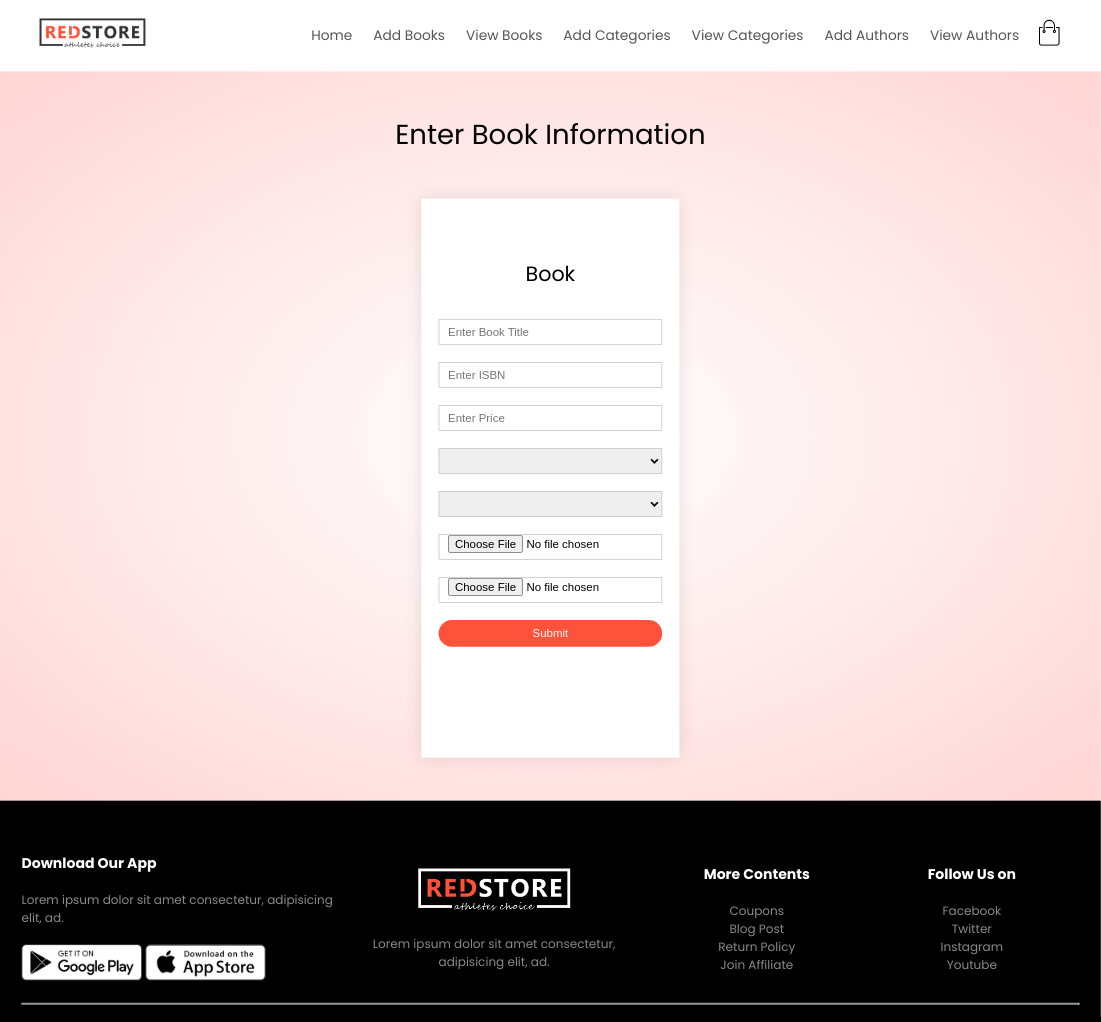
Repository: Uncaught-TypeError/Book-Store-System
Page: http://localhost/book
An editor plug-in stored every save of this project. The page is shown before and after the next save, followed by the edit.
The browser window is 1280 px wide. The pictures show the whole page, at 86% of full size.
Some web libraries are served in a nearby version. The page is this project's Thymeleaf template; nobody is signed in. The template is opened directly, without the code that normally fills it, so the values that code supplies are empty.

Above is the page before, as saved 2022-12-30 11:18:20.

### Thymeleaf_Projects_Book_Store/src/main/resources/templates/book.html
<!DOCTYPE html>
<html lang="en" xmlns:th="http://www.thymeleaf.org">
<head>
    <meta charset="UTF-8">
    <meta http-equiv="X-UA-Compatible" content="IE=edge">
    <meta name="viewport" content="width=device-width, initial-scale=1.0">
    <link rel="preconnect" href="https://fonts.googleapis.com">
    <link rel="preconnect" href="https://fonts.gstatic.com" crossorigin>
    <link href="https://fonts.googleapis.com/css2?family=Poppins:wght@300;400;500;600;700&display=swap" rel="stylesheet">
    <script src="https://kit.fontawesome.com/a96c5020c6.js" crossorigin="anonymous"></script>
    <link rel="stylesheet" href="../style.css">
    <title>Book Page</title>
</head>
<body>
    <div class="container">
        <div class="navbar">
            <div class="logo">
                <a href=""><img src="../images/logo.png" width="125px"></a>
            </div>
            <nav>
                <ul id="MenuItems">
                    <li><a th:href="@{/homepage}">Home</a></li>
                    <li><a th:href="@{/bookform}">Add Books</a></li>
                    <li><a th:href="@{/books}">View Books</a></li>
                    <li><a th:href="@{/categoryform}">Add Categories</a></li>
                    <li><a th:href="@{/categorytable}">View Categories</a></li>
                    <li><a th:href="@{/authorsform}">Add Authors</a></li>
                    <li><a th:href="@{/authortable}">View Authors</a></li>
                </ul>
            </nav>
            <a href=""><img src="../images/cart.png" width="30px" height="30px"></a>
            <img src="../images/menu.png" class="menu-icon" onclick="menutoggle()">
        </div>
    </div>

    <!-- feature products -->

    <div class="small-container2">
        <div class="row">
            <h1>Enter Book Information</h1>
        </div>
        <div class="row">
            <div class="form-container3">
                <h2>Book</h2>
                <form th:action="@{/booksave}" method="post" th:object="${book}" enctype="multipart/form-data">
                    <input type="text" placeholder="Enter Book Title" th:field="*{title}">
                    <input type="text" placeholder="Enter ISBN" th:field="*{isbn}">
                    <input type="number" placeholder="Enter Price" th:field="*{price}">
                    <select class="select-form" th:field="*{author}">
                        <th:block th:each="author: ${authors}">
                            <option th:text="${author.name}" th:value="${author.id}"></option>
                        </th:block>
                    </select>
                    <select class="select-form" th:field="*{category}">
                        <th:block th:each="category: ${categories}">
                            <option th:text="${category.name}" th:value="${category.id}"></option>
                        </th:block>
                    </select>
                    <input type="file" class="form-control" id="exampleInputAuthor1" placeholder="Choose Cover" name="picture">
                    <input type="file" class="form-control" placeholder="Choose Cover" name="pdf">
                    <button type="submit" class="btn">Submit</button>
                </form>
            </div>
        </div>
    </div>

    <div class="footer">
        <div class="container">
            <div class="row">
                <div class="footer-col-1">
                    <h3>Download Our App</h3>
                    <p>Lorem ipsum dolor sit amet consectetur, adipisicing elit, ad.</p>
                    <div class="app-logo">
                        <img src="images/play-store.png">
                        <img src="images/app-store.png">
                    </div>
                </div>
                <div class="footer-col-2">
                    <img src="images/logo-white.png">
                    <p>Lorem ipsum dolor sit amet consectetur, adipisicing elit, ad.</p>
                </div>
                <div class="footer-col-3">
                    <h3>More Contents</h3>
                    <ul>
                        <li>Coupons</li>
                        <li>Blog Post</li>
                        <li>Return Policy</li>
                        <li>Join Affiliate</li>
                    </ul>
                </div>
                <div class="footer-col-4">
                    <h3>Follow Us on</h3>
                    <ul>
                        <li>Facebook</li>
                        <li>Twitter</li>
                        <li>Instagram</li>
                        <li>Youtube</li>
                    </ul>
                </div>
            </div>
            <hr>
        </div>
    </div>

    <!-- JavaScript -->
    <script>
        var MenuItems = document.getElementById("MenuItems");
        MenuItems.style.maxHeight = "0px";

        function menutoggle(){
            if(MenuItems.style.maxHeight == "0px"){
                MenuItems.style.maxHeight = "300px";
            }
            else{
                MenuItems.style.maxHeight = "0px";
            }
        }

    </script>

</body>
</html>

### Thymeleaf_Projects_Book_Store/src/main/resources/static/style.css
*{
    margin: 0;
    padding: 0;
    box-sizing: border-box;
}

body{
    font-family: 'Poppins', sans-serif;
}

/* homepage */

.navbar{
    display: flex;
    align-items: center;
    padding: 20px;
}

nav{
    flex: 1;
    text-align: right;

    cursor: pointer;
}

nav ul{
    display: inline-block;
    list-style-type: none;
}

nav ul li{
    display: inline;
    margin-right: 20px;
}

.dropdown1{
    float: left;
    overflow: hidden;
}

.dropdown-content1{
    display: none;
    position: absolute;
    background-color: #fde9e9;
    min-width: 160px;
    box-shadow: 0px 8px 16px 0px rgba(0,0,0,0.2);
    z-index: 1;
}

.dropdown-content1 a{
    float: none;
    color: #555;
    padding: 12px 16px;
    margin: 10px;
    text-decoration: none;
    display: block;
    text-align: left;
}

.dropdown-content1 a:hover {
    background-color: rgb(248, 222, 222);
}

.dropdown1:hover .dropdown-content1 {
    display: block;
}

a{
    text-decoration: none;
    color: #555;
}

p{
    color: #555;
}

.container{
    max-width: 1300px;
    margin: auto;
    padding-left: 25px;
    padding-right: 25px;
}

.row{
    display: flex;
    align-items: center;
    flex-wrap: wrap;
    justify-content: space-around;
}

.col-2{
    flex-basis: 50%;
    min-width: 300px;
}

.col-2 img{
    max-width: 100%;
    padding: 50px 0;
}

.col-2 h1{
    font-size: 50px;
    line-height: 60px;
    margin: 25px 0;
}

.btn{
    display: inline-block;
    background: #ff523b;
    color: #fff;
    padding: 8px 30px;
    margin: 30px 0;
    border-radius: 30px;
    transition: background 0.5s;
}

.btn:hover{
    background: #563434;
}

.header{
    background: radial-gradient(#fff, #ffd6d6);
}

.header .row{
    margin-top: 70px;
}

.categories{
    margin: 70px 0;
}

.col-3{
    flex-basis: 30%;
    min-width: 250px;
    margin-bottom: 30px;
}

.col-3 img{
    width: 100%;
}

.small-container{
    max-width: 1080px;
    margin: auto;
    padding-left: 25px;
    padding-right: 25px;
}

.col-4{
    flex-basis: 25%;
    padding: 10px;
    min-width: 200px;
    margin-bottom: 50px;
    transition: transform 0.5s;
}

.col-4 img{
    width: 100%;
}

.title{
    text-align: center;
    margin: 0 auto 80px;
    position: relative;
    line-height: 60px;
    color: #555;
}

.title::after{
    content: "";
    background: #ff523b;
    width: 80px;
    height: 5px;
    border-radius: 5px;
    position: absolute;
    bottom: 0;
    left: 50%;
    transform: translateX(-50%);
}

h4{
    color: #555;
    font-weight: normal;
}

.col-4 p{
    font-size: 14px;
}

.rating .fa-star{
    color: #ff523b;
}

.col-4:hover{
    transform: translateY(-5px);
}

.offer{
    background: radial-gradient(#fff, #ffd6d6);
    margin-top: 80px;
    padding: 30px 0;
}

.col-2 .offer-img{
    padding: 50px;
}

small{
    color: #555;
}

.testimonial{
    padding-top: 100px;
}

.testimonial .col-3{
    text-align: center;
    padding: 40px 20px;
    box-shadow: 0 0 20px 0px rgba(0, 0, 0, 0.1);
    cursor: pointer;
    transition: transform 0.5s;
}

.testimonial .col-3 img{
    width: 50px;
    margin-top: 20px;
    border-radius: 50%;
}

.testimonial .col-3:hover{
    transform: translateY(-10px);
}

.fa-quote-left{
    font-size: 34px;
    color: #ff523b;
}

.col-3 p{
    font-size: 12px;
    margin: 12px 0;
    color: #777;
}

.testimonial .col-3 h3{
    font-weight: 600;
    color: #555;
    font-size: 16px;
}

.brands{
    margin: 100px auto;
}

.col-5{
    width: 30px;
}

.col-5 img{
    width: 100%;
    cursor: pointer;
    filter: grayscale(100%);
}

.col-5 img:hover{
    filter: grayscale(0);
}

/* footer */

.footer{
    background: #000;
    color: #8a8a8a;
    font-size: 14px;
    padding: 60px 0 20px;
}

.footer p{
    color: #8a8a8a;
}

.footer h3{
    color: #fff;
    margin-bottom: 20px;
}

.footer-col-1,
.footer-col-2,
.footer-col-3,
.footer-col-4{
    min-width: 250px;
    margin-bottom: 20px;
}

.footer-col-1{
    flex-basis: 30%;
}

.footer-col-2{
    flex: 1;
    text-align: center;
}

.footer-col-2 img{
    width: 180px;
    margin-bottom: 20px;
}

.footer-col-3,
.footer-col-4{
    flex-basis: 12%;
    text-align: center;
}

ul{
    list-style: none;
}

.app-logo{
    margin-top: 20px;
}

.app-logo img{
    width: 140px;
}

.footer h2{
    border: none;
    background: #b5b5b5;
    height: 1px;
    margin: 20px 0;
}

.menu-icon{
    width: 28px;
    margin-left: 20px;
    display: none;
}

/* Product Page */

.row-2{
    justify-content: space-between;
    margin: 100px auto 50px;
}

datalist{
    border: 1px solid #ff523b;
    padding: 5px;
}

datalist:hover{
    outline: none;
}

/* .page-btn{
    margin: 0 auto 80px;
}

.page-btn span{
    display: inline-block;
    border: 1px solid #ff523b;
    margin-left: 10px;
    width: 40px;
    height: 40px;
    text-align: center;
    line-height: 40px;
    cursor: pointer;
}

.page-btn span:hover{
    background: #ff523b;
    color: #fff;
} */

/* Single Product Details */

.single-product{
    margin-top: 80px;
}

.single-product .col-2 img{
    padding: 0;
}

.single-product .col-2{
    padding: 20px;
}

.single-product h4{
    margin: 20px 0;
    font-size: 22px;
    font-weight: bold;
}
.single-product select{
    display: block;
    padding: 10px;
    margin-top: 20px;
}

.single-product input{
    width: 50px;
    height: 40px;
    padding-left: 10px;
    font-size: 20px;
    margin-right: 10px;
    border: 1px solid #ff523b;
}

input:focus{
    outline: none;
}

.single-product .fa-indent{
    color: #ff523b;
    margin-left: 10px;
}

.small-img-row{
    display: flex;
    justify-content: space-between;
}

.small-img-col{
    flex-basis: 24%;
    cursor: pointer;
}

/* Cart items */

.cart-page{
    margin: 80px auto;
}

.cart-table{
    width: 100%;
    border-collapse: collapse;
}

.cart-info{
    display: flex;
    flex-wrap: wrap;
}

.cart-table th{
    text-align: left;
    padding: 5px;
    color: #fff;
    background: #ff523b;
    font-weight: normal;
}

.cart-table td{
    padding: 10px 5px;
}

.cart-table td input{
    width: 40px;
    height: 30px;
    padding: 5px;
}

.cart-table td a{
    color: #ff523b;
    font-size: 12px;
}

.cart-table td img{
    width: 80px;
    height: 80px;
    margin-right: 10px;
}

.total-price{
    display: flex;
    justify-content: flex-end;
}

.total-price table{
    border-top: 3px solid #ff523b;
    width: 100%;
    max-width: 400px;
}

.cart-table td:last-child{
    text-align: right;
}

.cart-table th:last-child{
    text-align: right;
}


/* account-page */

.account-page{
    padding: 50px 0;
    background: radial-gradient(#fff, #ffd6d6);
}

.form-container{
    background: #fff;
    width: 300px;
    height: 400px;
    position: relative;
    text-align: center;
    padding: 20px 0;
    margin: auto;
    box-shadow: 0 0 20px 0px rgba(0, 0, 0, 0.1);
    overflow: hidden;
}

.form-container span{
    font-weight: bold;
    padding: 0 10px;
    color: #555;
    cursor: pointer;
    width: 100px;
    display: inline-block;
}

.form-container .logintitle{
    position: relative;
    text-align: center;
    padding: 20px 0;
    margin: auto;
    overflow: hidden;
    font-size:  20px;
}

.form-btn{
    display: inline-block;
}

.form-container .regform{
    max-width: 300px;
    padding: 0 20px;
    position: absolute;
    top: 90px;
    transition: transform 1s;
}

.form-container .loginform{
    max-width: 300px;
    padding: 0 20px;
    position: absolute;
    top: 90px;
    transition: transform 1s;
}

.form-container form{
    max-width: 300px;
    padding: 0 20px;
    position: absolute;
    top: 150px;
    transition: transform 1s;
}

form input{
    width: 100%;
    height: 30px;
    margin: 10px 0;
    padding: 0 10px;
    border: 1px solid #ccc;
}

.radio-form{
    display: inline-block;
    font-size: 15px;
    font-weight: normal;
}

input[type=radio] {
    border: 0px;
    width: 100%;
    height: 1.8em;
}

form .btn{
    width: 100%;
    border: none;
    cursor: pointer;
    margin: 10px 0;
}

form .btn:focus{
    outline: none;
}

#LoginForm{
    left: -300px;
}

#RegForm{
    left: 0;
}

form a{
    font-size: 12px;
}

#Indicator{
    width: 100px;
    border: none;
    background: #ff523b;
    height: 3px;
    margin-top: 8px;
    transform: translateX(100px);
    transition: transform 1s;
}

/* Author page */

.table-container2{
    width: 100%;
    position: relative;
    text-align: center;
    padding: 20px 0;
    margin-bottom: 192px;
}

.searchform{
    width: 500px;
    margin: auto;
    padding: 20px 25px;
}

.searchform input{
    width: 200px;
    height: 30px;
    margin: 10px 0;
    padding: 0 10px;
    border: 1px solid #ccc;
}

.search-btn{
    display: inline-block;
    background: #ff523b;
    color: #fff;
    padding: 5px 30px;
    margin: 0 30px;
    border-radius: 30px;
    transition: background 0.5s;
    border-style: none;
}

.search-btn:hover{
    background: #563434;
}

.author-table th{
    font-weight: normal;
    font-size: 1.2em;
}
.author-table{
    font-weight: normal;
    width: 90%;
    margin: auto;
    table-layout: fixed;
}

.author-table td{
	word-wrap:break-word;

}

.author-table a{
    cursor: pointer;
}

.btn-text{
    color: white;
}

.small-container2{
    max-width: 100%;
    margin: auto;
    padding-left: 25px;
    padding-right: 25px;
    background: radial-gradient(#fff, #ffd6d6);
}

.small-container2 .row h1{
    padding: 50px;
    font-weight: normal;
}

.form-container2 h2{
    font-weight: normal;
    padding-top: 50px;
}

.form-container2{
    background: #fff;
    width: 300px;
    height: 500px;
    position: relative;
    text-align: center;
    padding: 20px 0;
    margin-bottom: 50px;
    box-shadow: 0 0 20px 0px rgba(0, 0, 0, 0.1);
    overflow: hidden;
}

.form-container2 form{
    max-width: 300px;
    padding: 0 20px;
    position: absolute;
    top: 130px;
    transition: transform 1s;
}

.smalltext{
    font-size: 10px;
}

.select-form{
    width: 100%;
    height: 30px;
    margin: 10px 0;
    padding: 0 10px;
    border: 1px solid #ccc;
}

/* Book Page */

.form-container3 h2{
    font-weight: normal;
    padding-top: 50px;
}

.form-container3{
    background: #fff;
    width: 300px;
    height: 650px;
    position: relative;
    text-align: center;
    padding: 20px 0;
    margin-bottom: 50px;
    box-shadow: 0 0 20px 0px rgba(0, 0, 0, 0.1);
    overflow: hidden;
}

.form-container3 form{
    max-width: 300px;
    padding: 0 20px;
    position: absolute;
    top: 130px;
    transition: transform 1s;
}

/* Category */

.form-container4 h2{
    font-weight: normal;
    padding-top: 50px;
}

.form-container4{
    background: #fff;
    width: 300px;
    height: 300px;
    position: relative;
    text-align: center;
    padding: 20px 0;
    margin-bottom: 112px;
    box-shadow: 0 0 20px 0px rgba(0, 0, 0, 0.1);
    overflow: hidden;
}

.form-container4 form{
    max-width: 300px;
    padding: 0 20px;
    position: absolute;
    top: 130px;
    transition: transform 1s;
}

.listdetail{
    font-weight: normal;
    width: 200px;
    margin: auto;
}


.insideli{
    font: 1em;
}
.outsideli{
    font: 1.3em;
}

.successh1{
    padding: 50px auto;
    font-weight: bold;
    margin: 206px;
}


/* Responsive */

@media only screen and (max-width: 800px){
    nav ul{
        position: absolute;
        top: 70px;
        left: 0;
        background: #333;
        width: 100%;
        overflow: hidden;
        transition: max-height 0.7s;
    }

    nav ul li{
        display: block;
        margin-right: 50px;
        margin-top: 10px;
        margin-bottom: 10px;
    }

    nav ul li a{
        color: #fff;
    }

    .menu-icon{
        display: block;
        cursor: pointer;
    }
}

/* media query for less than 600 screen size */

@media only screen and (max-width: 600px){
    .row{
        text-align: center;
    }
    .col-2,
    .col-3,
    .col-4{
        flex-basis: 100%;
    }
    .single-product .row{
        text-align: left;
    }
    .single-product .col-2{
        padding: 20px 0;
    }
    .single-product h1{
        font-size: 26px;
        line-height: 32px;
    }

    .cart-info p{
        display: none;
    }
}

After the next save:
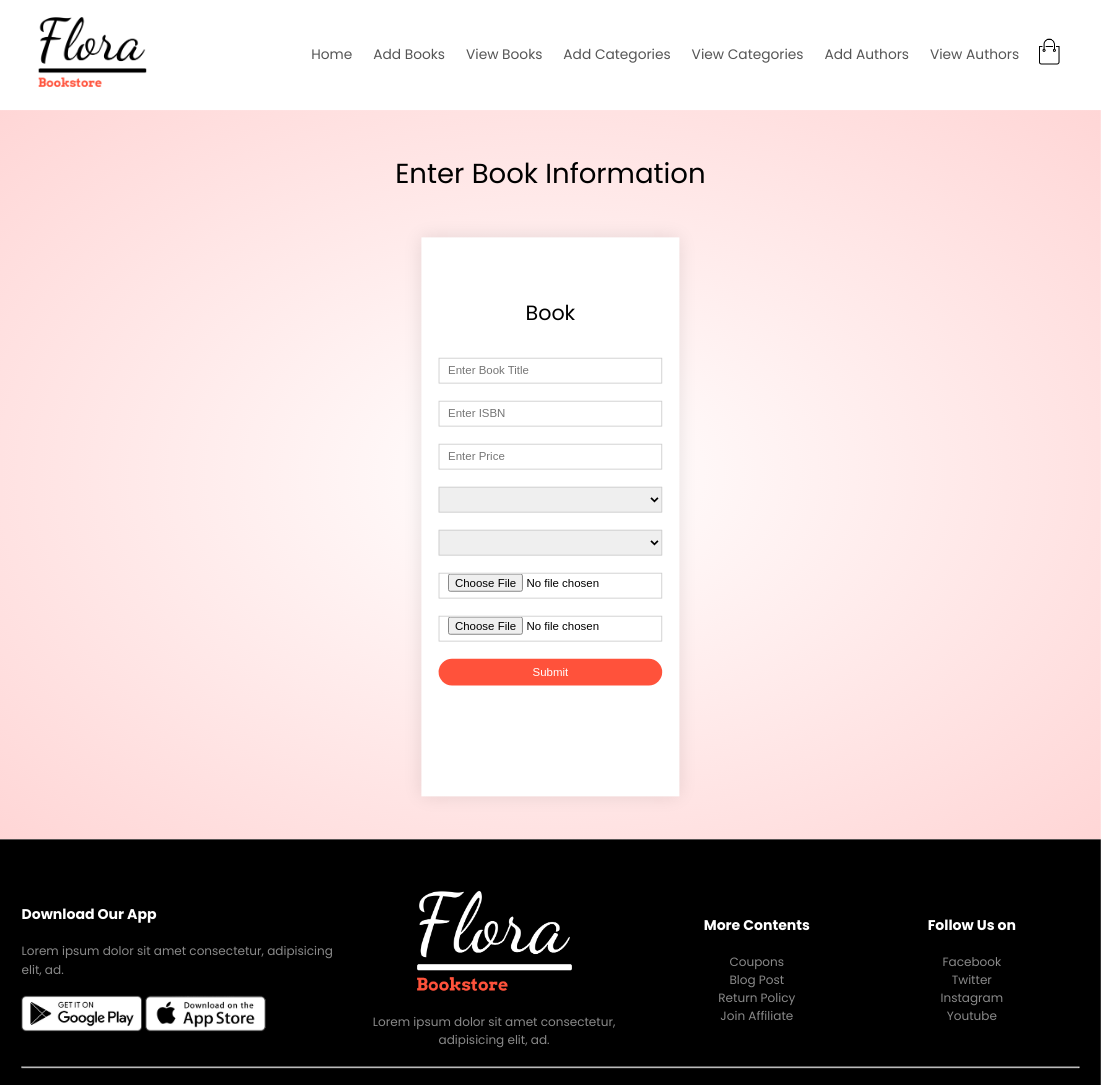
Saved 13 s later.
--- a/Thymeleaf_Projects_Book_Store/src/main/resources/templates/book.html
+++ b/Thymeleaf_Projects_Book_Store/src/main/resources/templates/book.html
@@ -15,7 +15,7 @@
     <div class="container">
         <div class="navbar">
             <div class="logo">
-                <a href=""><img src="../images/logo.png" width="125px"></a>
+                <a href=""><img src="../images/flora1.png" width="125px"></a>
             </div>
             <nav>
                 <ul id="MenuItems">
@@ -76,7 +76,7 @@
                     </div>
                 </div>
                 <div class="footer-col-2">
-                    <img src="images/logo-white.png">
+                    <img src="images/flora2.png">
                     <p>Lorem ipsum dolor sit amet consectetur, adipisicing elit, ad.</p>
                 </div>
                 <div class="footer-col-3">
